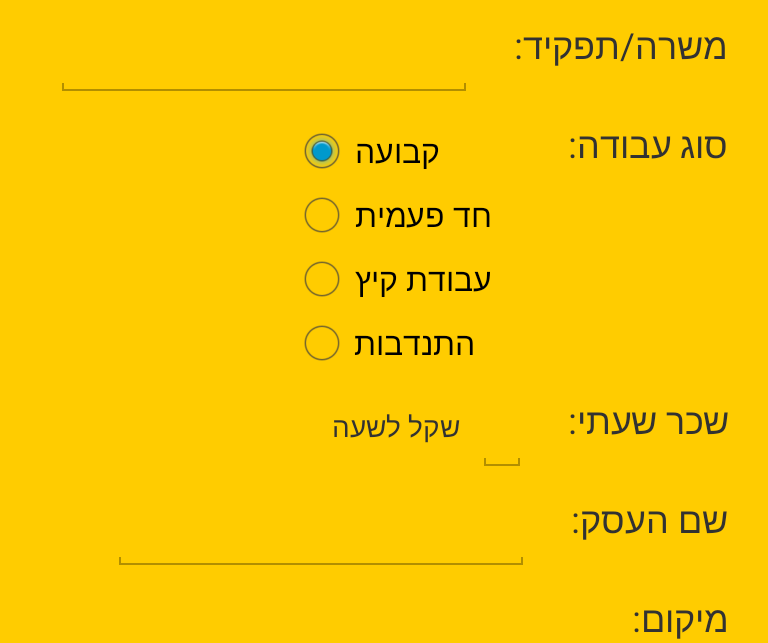
Repository: rodi055/jobli
Layout: Jobli/res/layout/fragment_create_job.xml
An editor plug-in stored every save of this project. The layout is shown before and after the next save, followed by the edit.
The pictures show rows 0 to 643 of an output 1280 px tall.
Pictures or frames that could not be fetched are drawn as grey boxes. It is drawn on a 768 x 1280 px phone screen (xhdpi) without system bars, with theme AppTheme; the app's code is not run. The app's manifest (not shown) leaves right-to-left support off. So textAlignment, textDirection and layoutDirection are ignored, and left and right values win over start and end ones.

Above is the layout before, as saved 2015-01-03 12:09:59.

After the next save:
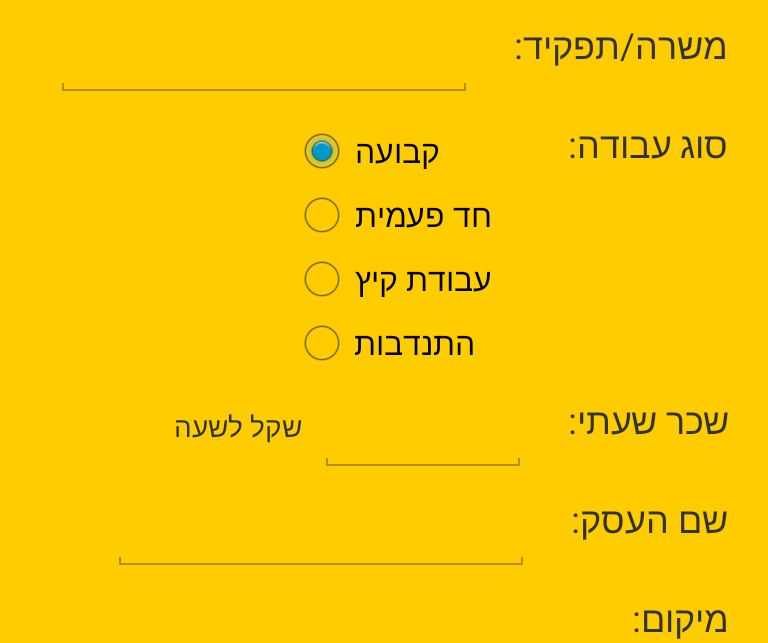
Saved 2 min 22 s later.
--- a/Jobli/res/layout/fragment_create_job.xml
+++ b/Jobli/res/layout/fragment_create_job.xml
@@ -122,8 +122,8 @@
                     android:layout_marginEnd="20dp"
                     android:layout_marginRight="20dp"
                     android:layout_toLeftOf="@+id/textView8"
-
-                    android:inputType="number"
+                     android:ems="5"
+                    android:inputType="numberDecimal"
                     android:maxLines="1"
                     android:singleLine="true" />
 
